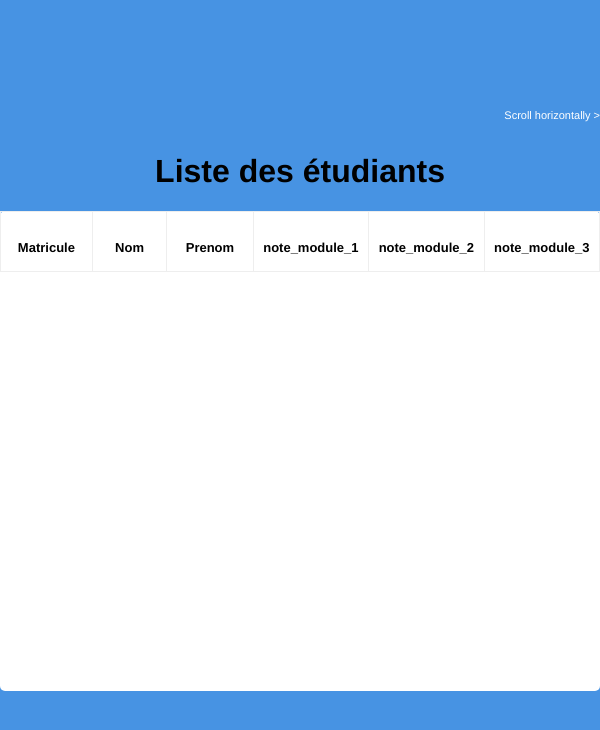
Repository: tt5300447/parakeet
Page: http://localhost/
These files come from the project's save history. The page is drawn as it stood at one moment and after the next save; the edit follows.
The browser window is 600 px wide. The pictures show the whole page.
The page is run by PHP 8.4 with error messages shown; the project is at /var/www/html/. Queries for data that is not in the repository find no rows.

Above is the page before, as saved 2022-06-19 15:53:27.

After the next save:
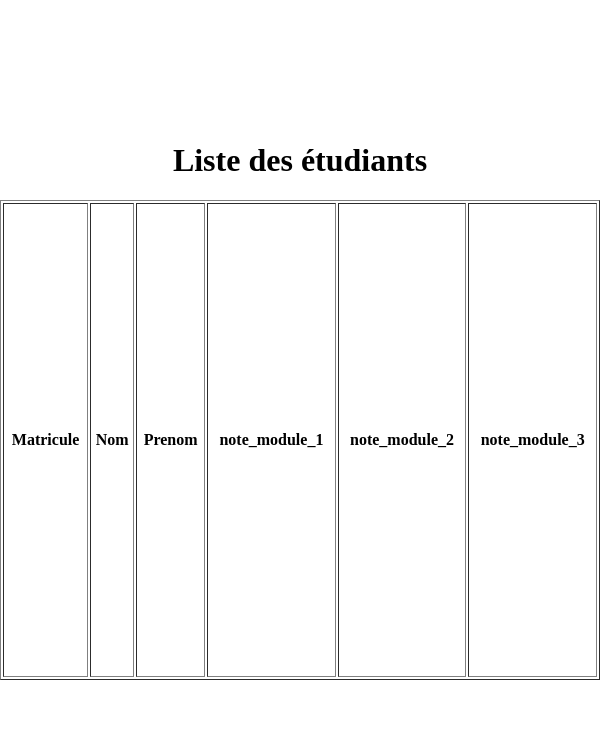
Saved 59 s later.
--- a/Copier/htdocs/Liste/style.css
+++ b/Copier/htdocs/Liste/style.css
@@ -17,139 +17,3 @@ table {
     width: 100%;
     height: 60%;
 }
-
-* {
-    box-sizing: border-box;
-    -webkit-box-sizing: border-box;
-    -moz-box-sizing: border-box;
-}
-
-body {
-    font-family: Helvetica;
-    -webkit-font-smoothing: antialiased;
-    background: rgba(71, 147, 227, 1);
-}
-
-h2 {
-    text-align: center;
-    font-size: 18px;
-    text-transform: uppercase;
-    letter-spacing: 1px;
-    color: white;
-    padding: 30px 0;
-}
-
-
-/* Table Styles */
-
-.table-wrapper {
-    margin: 10px 70px 70px;
-    box-shadow: 0px 35px 50px rgba(0, 0, 0, 0.2);
-}
-
-.fl-table {
-    border-radius: 5px;
-    font-size: 12px;
-    font-weight: normal;
-    border: none;
-    border-collapse: collapse;
-    width: 100%;
-    max-width: 100%;
-    white-space: nowrap;
-    background-color: white;
-}
-
-.fl-table td,
-.fl-table th {
-    text-align: center;
-    padding: 8px;
-}
-
-.fl-table td {
-    border-right: 1px solid #f8f8f8;
-    font-size: 12px;
-}
-
-.fl-table thead th {
-    color: #ffffff;
-    background: #4fc3a1;
-}
-
-.fl-table thead th:nth-child(odd) {
-    color: #ffffff;
-    background: #324960;
-}
-
-.fl-table tr:nth-child(even) {
-    background: #f8f8f8;
-}
-
-
-/* Responsive */
-
-@media (max-width: 767px) {
-    .fl-table {
-        display: block;
-        width: 100%;
-    }
-    .table-wrapper:before {
-        content: "Scroll horizontally >";
-        display: block;
-        text-align: right;
-        font-size: 11px;
-        color: white;
-        padding: 0 0 10px;
-    }
-    .fl-table thead,
-    .fl-table tbody,
-    .fl-table thead th {
-        display: block;
-    }
-    .fl-table thead th:last-child {
-        border-bottom: none;
-    }
-    .fl-table thead {
-        float: left;
-    }
-    .fl-table tbody {
-        width: auto;
-        position: relative;
-        overflow-x: auto;
-    }
-    .fl-table td,
-    .fl-table th {
-        padding: 20px 0.625em 0.625em 0.625em;
-        height: 60px;
-        vertical-align: middle;
-        box-sizing: border-box;
-        overflow-x: hidden;
-        overflow-y: auto;
-        width: 120px;
-        font-size: 13px;
-        text-overflow: ellipsis;
-    }
-    .fl-table thead th {
-        text-align: left;
-        border-bottom: 1px solid #f7f7f9;
-    }
-    .fl-table tbody tr {
-        display: table-cell;
-    }
-    .fl-table tbody tr:nth-child(odd) {
-        background: none;
-    }
-    .fl-table tr:nth-child(even) {
-        background: transparent;
-    }
-    .fl-table tr td:nth-child(odd) {
-        background: #f8f8f8;
-        border-right: 1px solid #e6e4e4;
-    }
-    .fl-table tr td:nth-child(even) {
-        border-right: 1px solid #e6e4e4;
-    }
-    .fl-table tbody td {
-        display: block;
-        text-align: center;
-    }
-}
